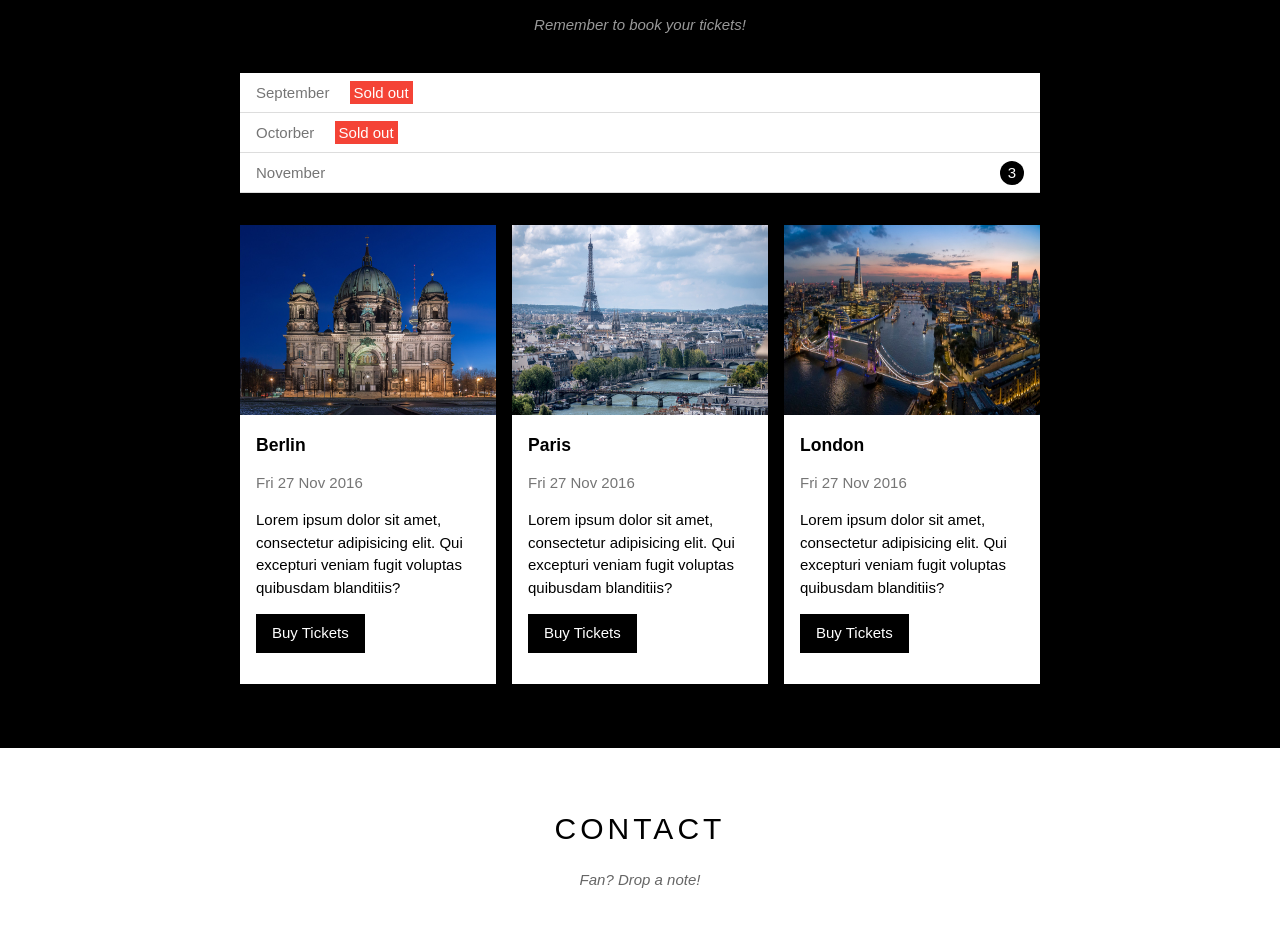
Repository: AiTrinh303/First-Project
Page: /
These files come from the project's save history. The page is drawn as it stood at one moment and after a run of saves; the edit follows.
The browser window is 1280 px wide. The pictures show the part of the page from y = 1444 to 2396 px (the page is 2396 px tall before and 2372 px after).
The project was rebuilt for these pictures with package versions that can differ from the ones it lists, and the page was loaded fresh each time.

Above is the page before, as saved 2024-01-23 09:57:45.

After the next 2 saves:
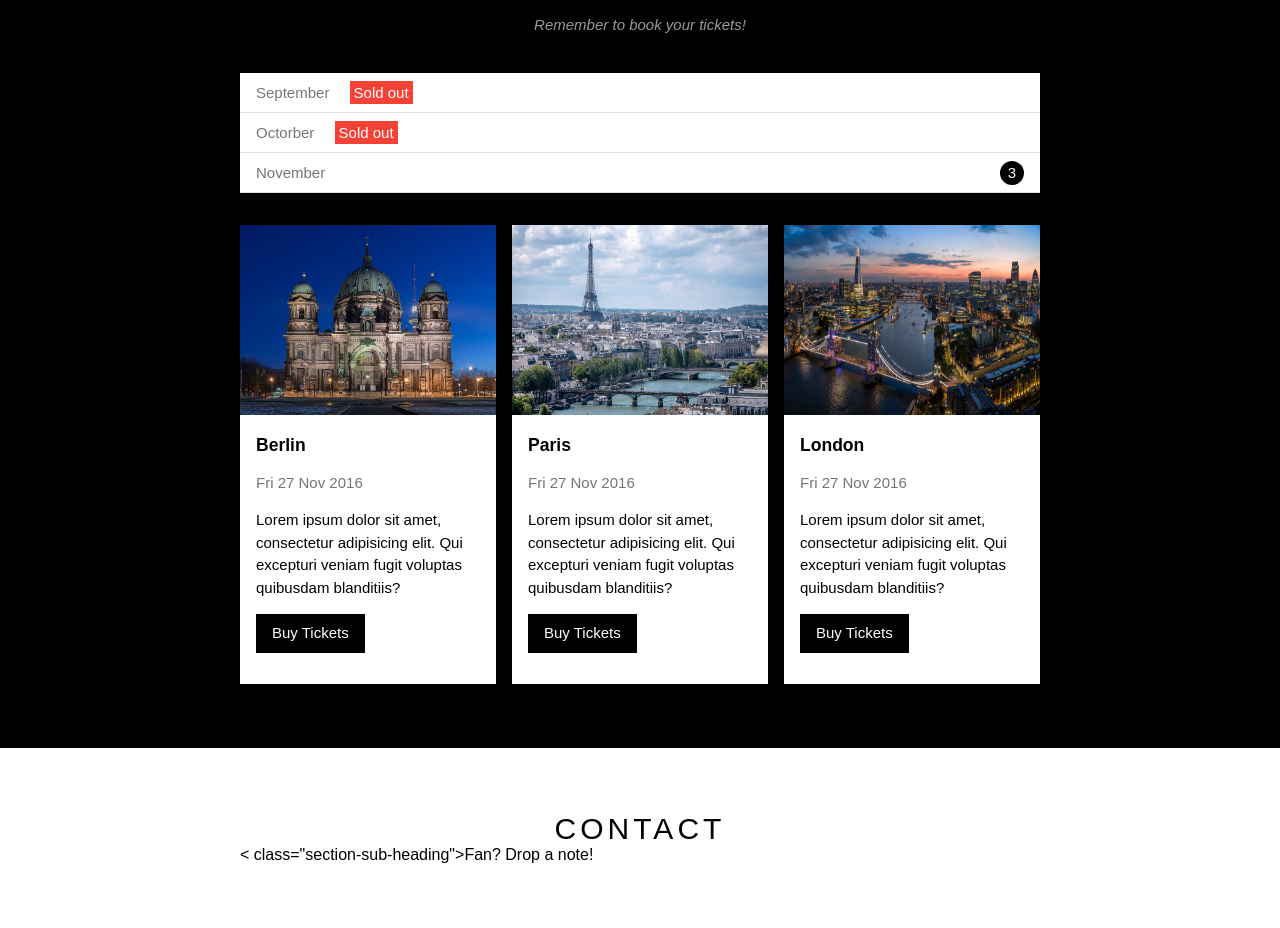
The 2 saves are shown as one change because they came seconds apart.
The last was saved 8 s later.
--- a/index.html
+++ b/index.html
@@ -127,8 +127,7 @@
             <div id="contact">
                 <div class="content-section">
                     <h2 class="section-heading">CONTACT</h2>
-                    <p class="section-sub-heading">Fan? Drop a note!</p>
-
+                    < class="section-sub-heading">Fan? Drop a note!</
 
 
 

After the 2 saves that followed:
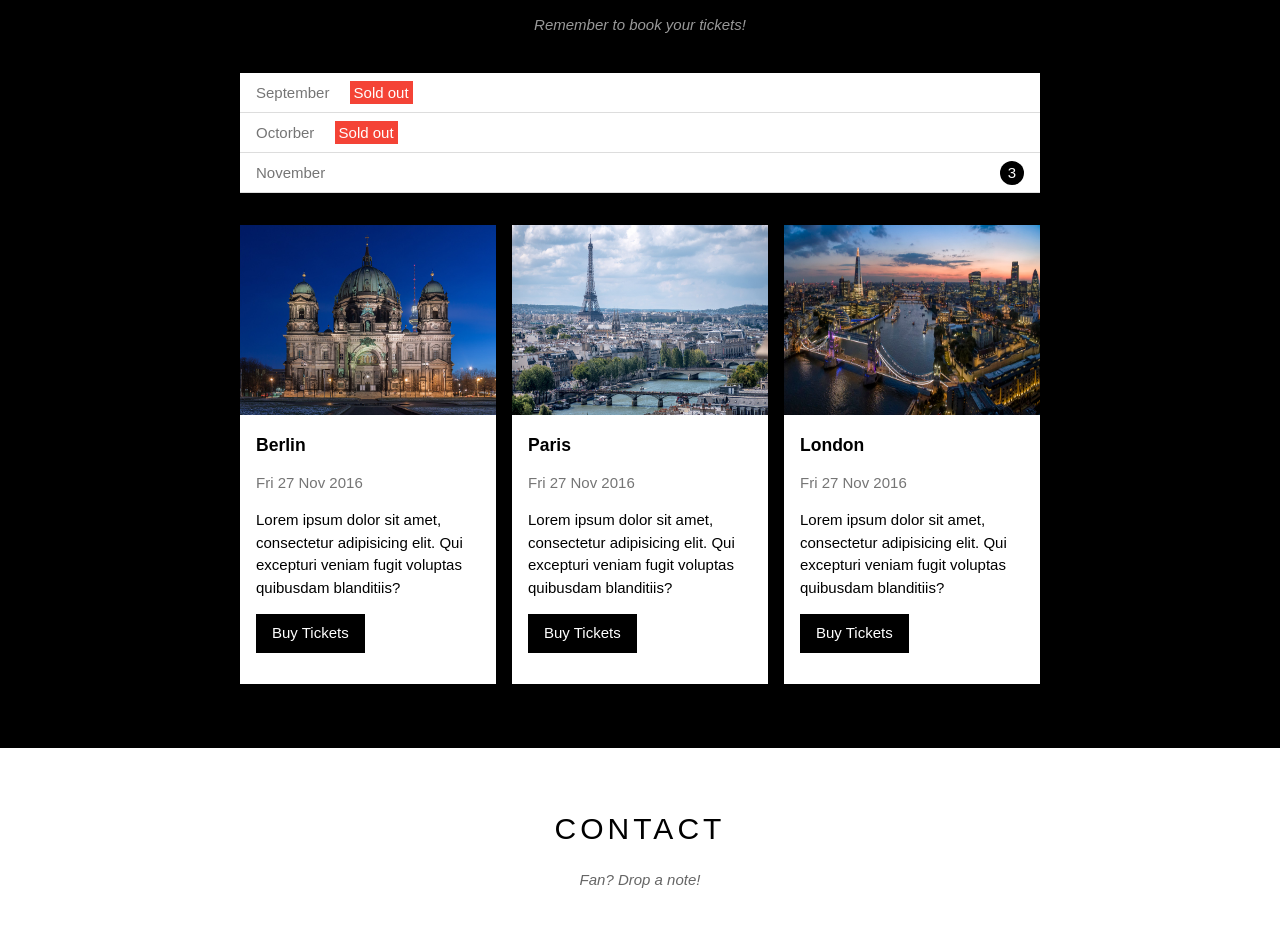
The 2 saves are shown as one change because they came seconds apart.
The last was saved 5 s later.
--- a/index.html
+++ b/index.html
@@ -127,7 +127,8 @@
             <div id="contact">
                 <div class="content-section">
                     <h2 class="section-heading">CONTACT</h2>
-                    < class="section-sub-heading">Fan? Drop a note!</
+                    <p class="section-sub-heading">Fan? Drop a note!</p>
+
 
 
 
